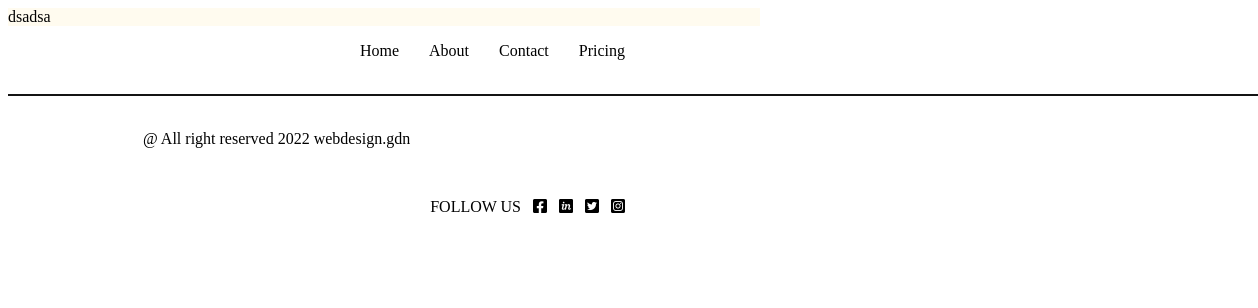
Repository: ngocphuocha/4lifeteam-marketing-agency
Page: index.html
These files come from the project's save history. The page is drawn as it stood at one moment and after the next save; the edit follows.
The browser window is 768 px wide. The page is 1258 px wide, then 768 px, so the pictures cover 1258 px, including what lies to the right of the window. The pictures show the whole page.

Above is the page before, as saved 2023-03-13 15:48:24.

After the next save:
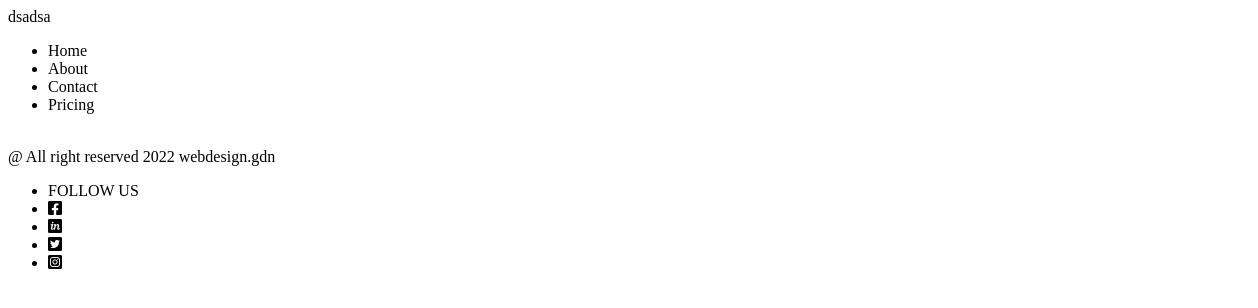
Saved 3 min 52 s later.
--- a/css/footer-service.css
+++ b/css/footer-service.css
@@ -1,4 +1,4 @@
-
+/*
 
 .background-footer{
     width: 100%;
@@ -61,13 +61,4 @@
  }
 
 
- @media screen and (max-width: 800px){
-    .background-footer{
-        background: #FFFBEF;
-    }
-
-    .background-footer .navbar{
-        margin: 0vmax;
-      display: block;
-    }
- }
+  */
